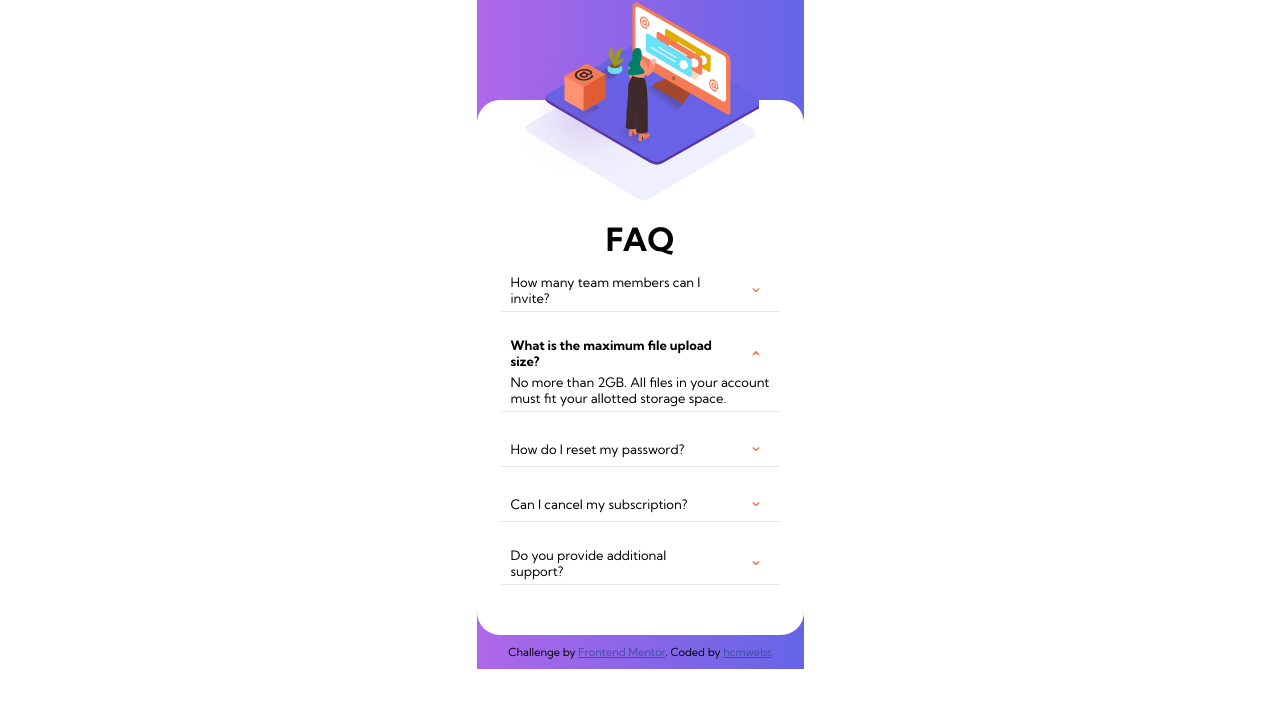
Repository: Hcmwebs/faq-accordion-card
Page: index.html
The author's editor kept a copy of each file at every save. The page is drawn from the files as they stood at one save, then again after the next save.
The browser window is 1280 px wide. The pictures show the whole page.
The style sheet was rebuilt from its Sass, Less or Tailwind sources for each picture, by a compiler version that may differ from the author's.

Above is the page before, as saved 2020-11-09 11:59:36.

After the next save:
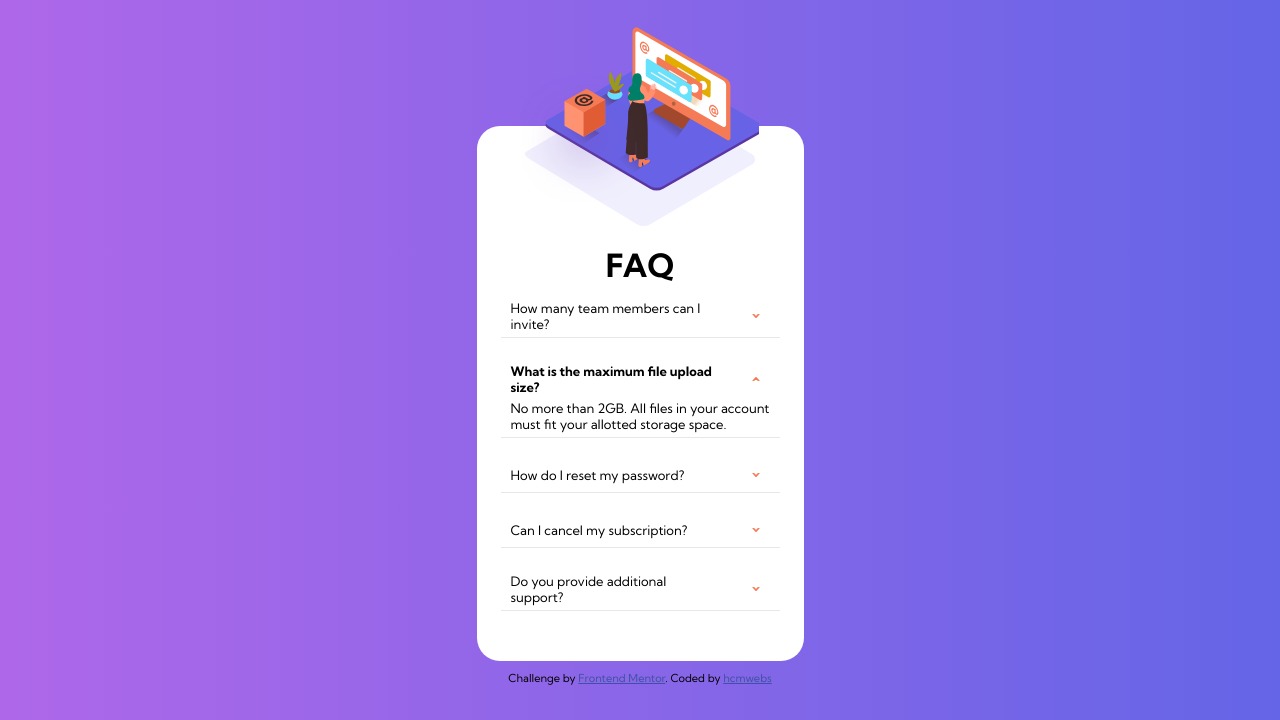
Saved 61 s later.
--- a/scss/main.scss
+++ b/scss/main.scss
@@ -49,7 +49,9 @@ font-weight: $font-light;
 }
 
 .container{
-
+  width: 100%;
+  max-width: 1440px;
+  height: 100vh;
   background: linear-gradient(90deg,$gradientSoftViolet 0%,$gradientSoftBlue 100%);
   @include flex($column, $center, $center);
 
